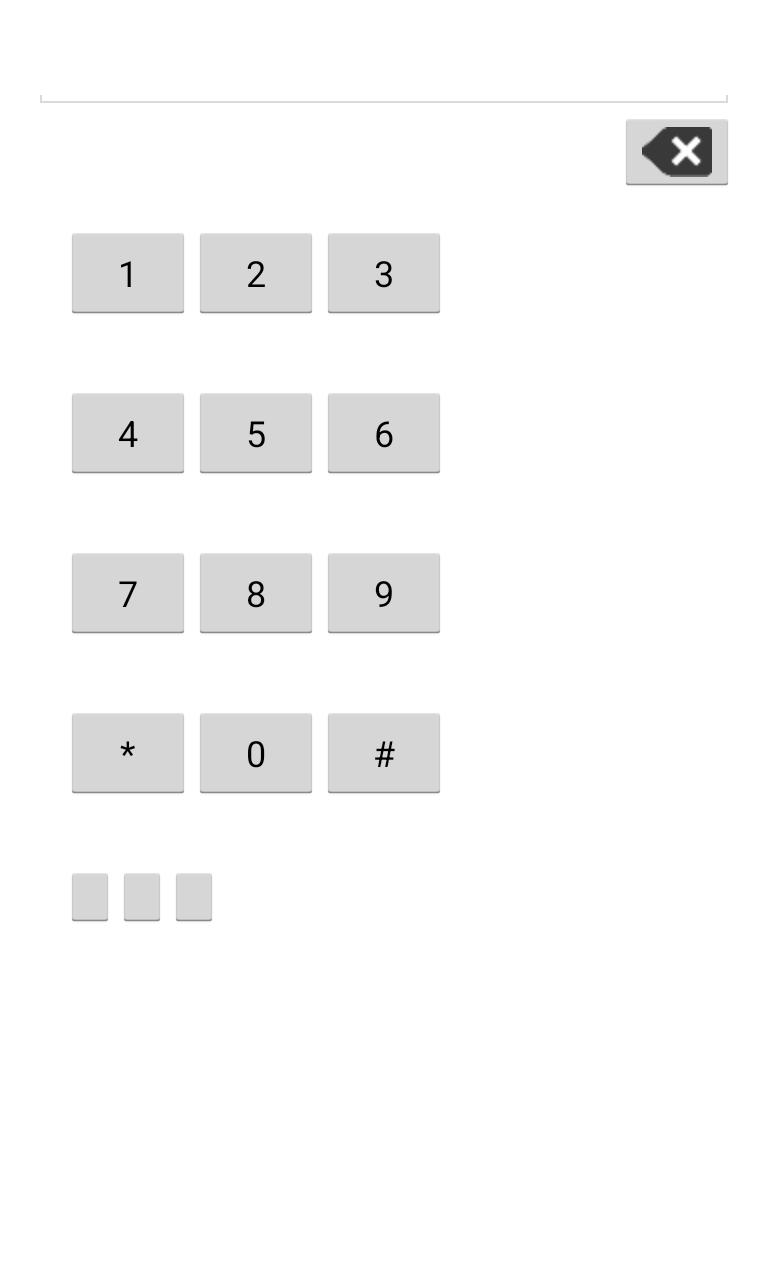
Repository: andreeastoican/Laborator03
Layout: PhoneDialer/res/layout/activity_phone_dialer.xml
An editor plug-in stored every save of this project. The layout is shown before and after the next save, followed by the edit.
It is drawn on a 768 x 1280 px phone screen (xhdpi) without system bars, with theme AppTheme; the app's code is not run.

Above is the layout before, as saved 2015-03-10 09:37:12.

After the next save:
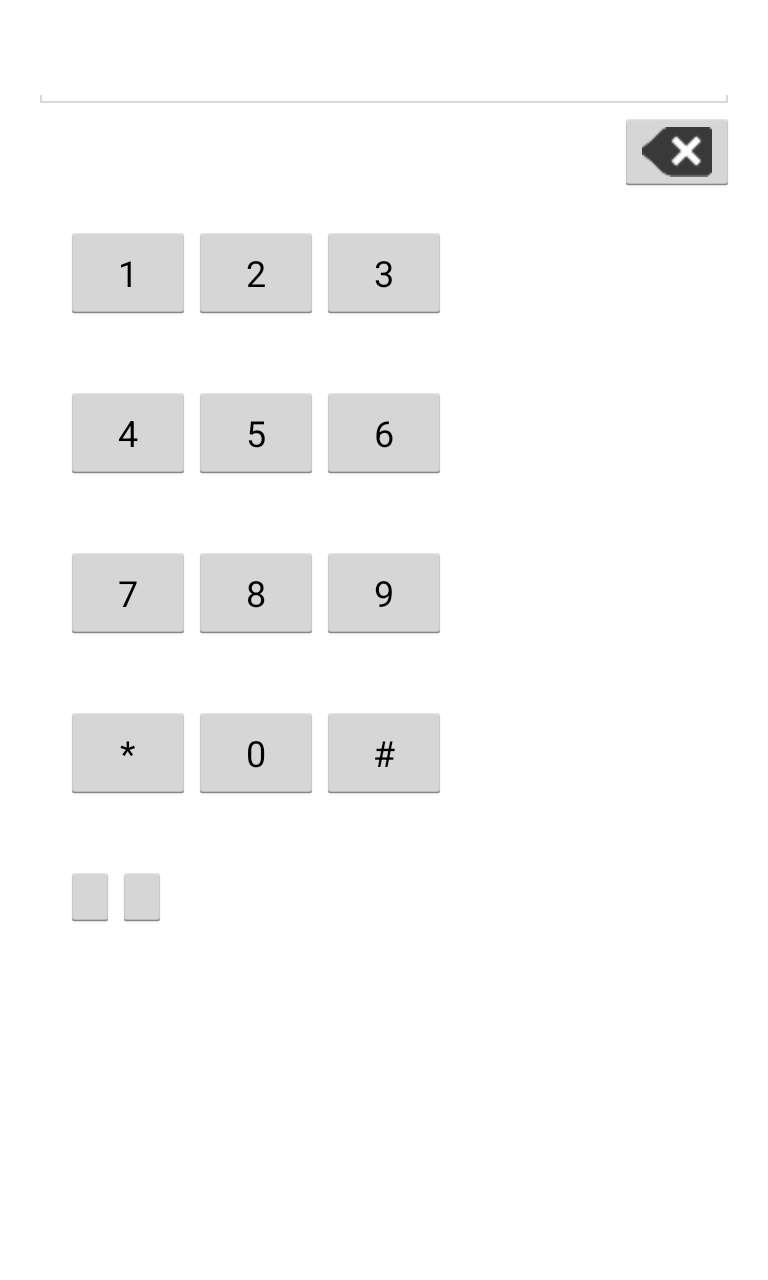
Saved 4 s later.
--- a/PhoneDialer/res/layout/activity_phone_dialer.xml
+++ b/PhoneDialer/res/layout/activity_phone_dialer.xml
@@ -170,12 +170,7 @@
 	        android:layout_height="wrap_content"
 	        android:text="*"
 		    />
-		<ImageButton
-		    android:id="@+id/id0"
-		    android:layout_width="wrap_content"
-	        android:layout_height="wrap_content"
-	        android:text="0"
-		    />
+
 		<ImageButton
 		    android:id="@+id/img_off"
 		    android:layout_width="wrap_content"
